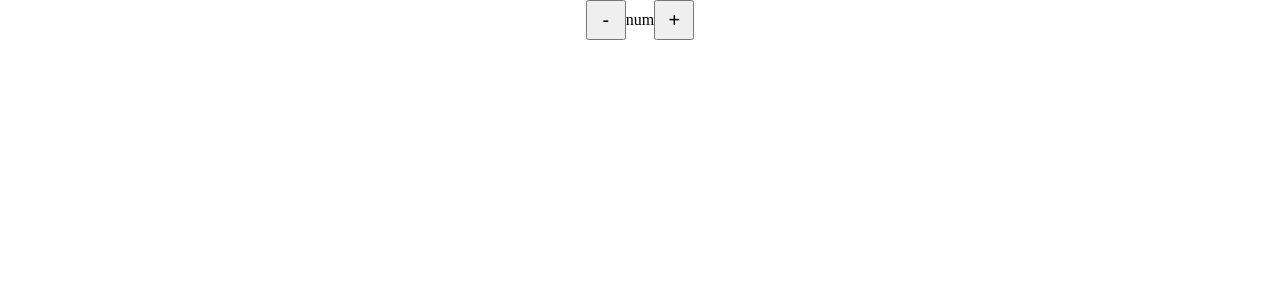
Repository: zRush1202/LoginPage-demo
Page: dom/exercise/counter.html
An editor plug-in stored every save of this project. The page is shown before and after the next save, followed by the edit.
The browser window is 1280 px wide. The pictures show the whole page.

Above is the page before, as saved 2023-09-16 20:23:05.

After the next save:
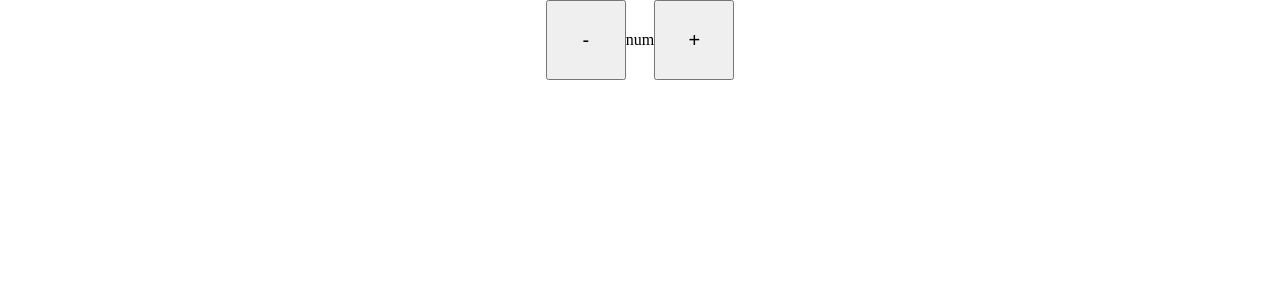
Saved 21 s later.
--- a/dom/exercise/counter.css
+++ b/dom/exercise/counter.css
@@ -11,7 +11,7 @@
 }
 
 .des, .ins{
-    height: 40px;
-    width: 40px;
+    height: 80px;
+    width: 80px;
     font-size: 20px;
 }
